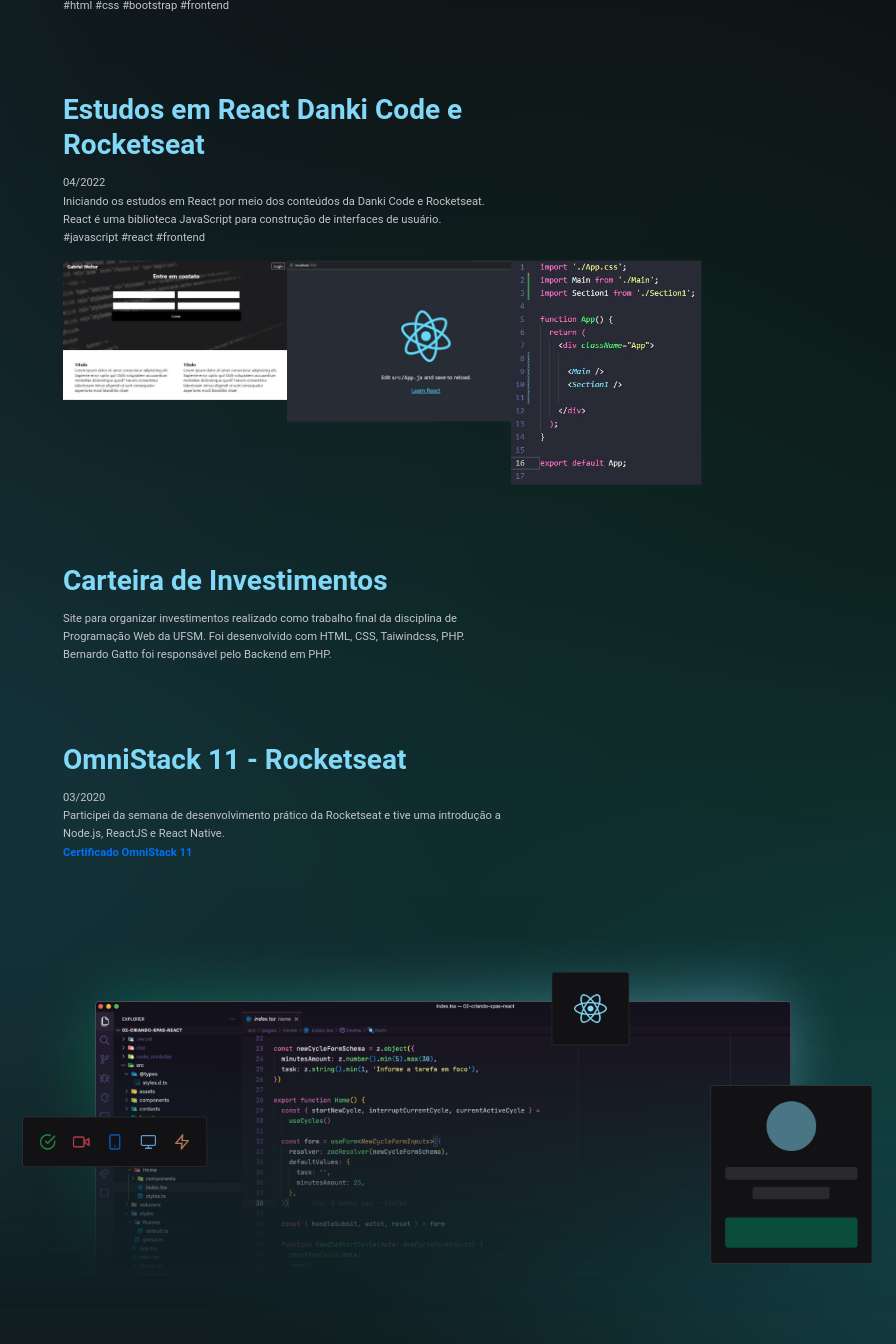
Repository: weltergab/test-next
Page: /
These files come from the project's save history. The page is drawn as it stood at one moment and after the next save; the edit follows.
The browser window is 1280 px wide. The pictures show the part of the page from y = 1016 to 2936 px (the page is 2936 px tall), at 70% of full size.
The project was rebuilt for these pictures with package versions that can differ from the ones it lists, and the page was loaded fresh each time. The framework's server and built-in components were replaced by stand-ins that run in the browser. Also part of the build but not shown: next.config.js.

Above is the page before, as saved 2023-04-06 20:13:42.

### src/pages/index.tsx
import Head from 'next/head'
import Image from 'next/image'
import { Inter } from 'next/font/google'

import Link from 'next/link'

import { useEffect, useState } from 'react'
import reactLogo from './assets/react.svg'

import curriculo from './assets/curriculo.jpg';
import omnistack from '../../public/assets/blur-background.png';
// import estudosReact_1 from '../../public/assets/blur-background.png';
// import estudosReact_2 from '../../public/assets/estudosReact_2.jpg';
// import estudosReact_3 from '../../public/assets/estudosReact_3.jpg';
// import mockup from '../../public/assets/code-mockup.png';

import ImageComponent from '../components/ImageComponent';


const inter = Inter({ subsets: ['latin'] })

export default function Home() {

  const [count, setCount] = useState(0)

  const [showImage, setShowImage] = useState(false);

  const handleShowImage = () => {
    setShowImage(true);
  };

  const handleCloseImage = () => {
    setShowImage(false);
  };

  return (
    <>
      <Head>
        <title>Create Next App</title>
        <meta name="description" content="Generated by create next app" />
        <meta name="viewport" content="width=device-width, initial-scale=1" />
        <link rel="icon" href="/favicon.ico" />
      </Head>
      <main>
        <div className=''>
          <Link href="/sobre">Ir para pagina Sobre</Link>
        </div>
      </main>

      <div>
        <div className="min-h-screen bg-blur bg-cover bg-no-repeat flex flex-col items-center bg-center">

          {/* Titulos */}
          <div className="max-w-[1100px] w-full flex items-center justify-between mt-20 mx-auto">
            <div className='header'>
              <div className="max-w-[640px]">

                <h1 className="mt-8 text-[2.5rem] leading-tight">
                  Landing Page - Gabriel Welter
                </h1>
                <p className="mt-4 text-gray-200 leading-relaxed">
                  Destaca-se no conhecimento em HTML, CSS, Tailwind, GitHub, Unity, C#.
                </p>
                <p className="mt-4 text-gray-200 leading-relaxed">
                  Este site foi desenvolvido com HTML, CSS, Tailwind, React, TS, Next e a hospedagem foi feita utilizando o serviço da Vercel.
                </p>
                <h1 className="mt-8 text-[2.5rem] leading-tight italic">
                  <strong className="text-blue-500">Em construção...</strong>
                </h1>
                <p className="mt-4 text-gray-200 leading-relaxed">
                  Os links para todos os sites e projetos no git ainda serão adicionados.
                </p>
              </div>
            </div>
          </div>


          {/* Publicacoes */}
          <div className="publication max-w-[1100px] w-full flex flex-col justify-between mt-20 mx-auto"> {/* items-center  */}
            <div className="max-w-[640px] postagem">
              <h1 className="mt-8 text-[2.5rem] leading-tight">
                <strong className="text-blue-500">Site Rocketseat</strong>
              </h1>
              <p className="mt-4 text-gray-200 leading-relaxed">
                06/2022 <br />
                Essa semana estou participando do evento Ignite Lab da Rocketseat.
                O evento tem como objetivo o desenvolvimento de uma aplicação com foco em React. <br />
                O que mais gostei de aprender no evento até aqui foi conhecer e usar várias ferramentas: Vite, Tailwind, Graphcms, Apollo. <br />
                #reactjs #rocketseat
              </p>
            </div>
          </div>

          <div className="publication max-w-[1100px] w-full flex flex-col justify-between mt-20 mx-auto">
            <div className="max-w-[640px] postagem">
              <h1 className="mt-8 text-[2.5rem] leading-tight">
                <strong className="text-blue-500">Site InverseVR</strong>
              </h1>
              <p className="mt-4 text-gray-200 leading-relaxed">
                05/2022 <br />
                Desenvolvimento do site da InverseVR LTDA usando HTML e CSS. <br />
                <a href="https://inversevr.com.br/" target="_blank">💻 https://inversevr.com.br/</a><br />
                #html #css #bootstrap #frontend
              </p>
            </div>
          </div>

          <div className="publication max-w-[1100px] w-full flex flex-col justify-between mt-20 mx-auto">
            <div className="max-w-[640px] postagem">
              <h1 className="mt-8 text-[2.5rem] leading-tight">
                <strong className="text-blue-500">Estudos em React Danki Code e Rocketseat</strong>
              </h1>
              <p className="mt-4 text-gray-200 leading-relaxed">
                04/2022 <br />
                Iniciando os estudos em React por meio dos conteúdos da Danki Code e Rocketseat.
                React é uma biblioteca JavaScript para construção de interfaces de usuário. <br />
                #javascript #react #frontend
              </p>
              <div className='flex justify-between mt-5'>
                <ImageComponent imageSrc="/assets/estudosReact_1.png" />
                <ImageComponent imageSrc="/assets/estudosReact_2.jpg" />
                <ImageComponent imageSrc="/assets/estudosReact_3.jpg" />
              </div>

            </div>
          </div>

          <div className="publication max-w-[1100px] w-full flex flex-col justify-between mt-20 mx-auto">
            <div className="max-w-[640px] postagem">
              <h1 className="mt-8 text-[2.5rem] leading-tight">
                <strong className="text-blue-500">Carteira de Investimentos</strong>
              </h1>
              <p className="mt-4 text-gray-200 leading-relaxed">
                Site para organizar investimentos realizado como trabalho final da disciplina de Programação Web da UFSM.
                Foi desenvolvido com HTML, CSS, Taiwindcss, PHP.
                Bernardo Gatto foi responsável pelo Backend em PHP.
              </p>
            </div>
          </div>
          <div className="publication max-w-[1100px] w-full flex flex-col justify-between mt-20 mx-auto">
            <div className="max-w-[640px] postagem">
              <h1 className="mt-8 text-[2.5rem] leading-tight">
                <strong className="text-blue-500">OmniStack 11 - Rocketseat</strong>
              </h1>
              <p className="mt-4 text-gray-200 leading-relaxed">
                03/2020 <br />
                Participei da semana de desenvolvimento prático da Rocketseat e tive uma introdução a Node.js, ReactJS e React Native. <br />
                <a href='/assets/certificado_omnistack.pdf' target="_blank">Certificado OmniStack 11</a>
              </p>
            </div>
          </div>

          <div className='footer'>
            <img src='/assets/code-mockup.png' className="mt-10 headline" alt="" />
          </div>
        </div>
      </div>
    </>
  )
}

### src/styles/globals.css
@tailwind base;
@tailwind components;
@tailwind utilities;

body {
    @apply bg-gray-900 text-gray-100;
    -webkit-font-smoothing: antialiased;
  }

  a {
    color: #0070f3;
    text-decoration: none;
    font-weight: bold;
  }

  a:hover {
    font-style: italic;
  }

  /* Esconder a imagem grande */
  .imagem-grande {
    display: none;
  }

  /* Estilizar o link */
  .link-imagem:hover {
    cursor: zoom-in;
  }

  /* Mudar a aparência do link quando o usuário passar o mouse sobre a imagem pequena */
  .imagem-pequena:hover {
    opacity: 0.7;
  }

### src/components/ImageComponent/index.tsx
import React, { useState } from 'react';

type Props = {
  imageSrc: string;
};

const ImageComponent: React.FC<Props> = ({ imageSrc }) => {
  const [isImageClicked, setIsImageClicked] = useState(false);
  const [isExpanded, setIsExpanded] = useState(false);

  const handleImageClick = () => {
    setIsImageClicked(!isImageClicked);
    setIsExpanded(true);
  };

  const handleExpandedImageClick = () => {
    setIsExpanded(false);
  };

  return (
    <div className="relative max-w-full max-h-full mx-auto">
      <div className="relative max-w-full max-h-full mx-auto">
        <img
          src={imageSrc}
          alt="imagem"
          onClick={handleImageClick}
          className="max-w-80 max-h-80"
        />
      </div>
      {isExpanded && (
        <div
          className="fixed top-0 left-0 w-full h-full z-50 flex items-center justify-center"
          onClick={handleExpandedImageClick}
        >
          <img
            src={imageSrc}
            alt="imagem ampliada"
            className="max-w-4xl max-h-4xl object-contain"
          />
        </div>
      )}
    </div>
  );
};

export default ImageComponent;

### tailwind.config.js
/** @type {import('tailwindcss').Config} */
module.exports = {
  content: [
    "./app/**/*.{js,ts,jsx,tsx}",
    "./pages/**/*.{js,ts,jsx,tsx}",
    "./components/**/*.{js,ts,jsx,tsx}",

    // Or if using `src` directory:
    "./src/**/*.{js,ts,jsx,tsx}",
  ],
  theme: {
    extend: {
      backgroundImage: {
        blur: 'url(/assets/blur-background.png)'
      },
      fontFamily: {
        sans: 'Roboto, sans-serif',
      },
      colors: {
        black: {
          100: '#11172B',
        },
        green: {
          300: '#00B37E',
          500: '#00875F',
          700: '#015F43',
        },
        blue: {
          500: '#81D8F7',
        },
        orange: {
          500: '#FBA94C',
        },
        red: {
          500: '#F75A68',
        },
        gray: {
          100: '#E1E1E6',
          200: '#C4C4CC',
          300: '#8D8D99',
          500: '#323238',
          600: '#29292E',
          700: '#121214',
          900: '#09090A'
        }
      },
    },
  },
  plugins: [],
}

Loaded but not shown: src/pages/_app.js (common file); src/pages/_document.js (common file)

After the next save:
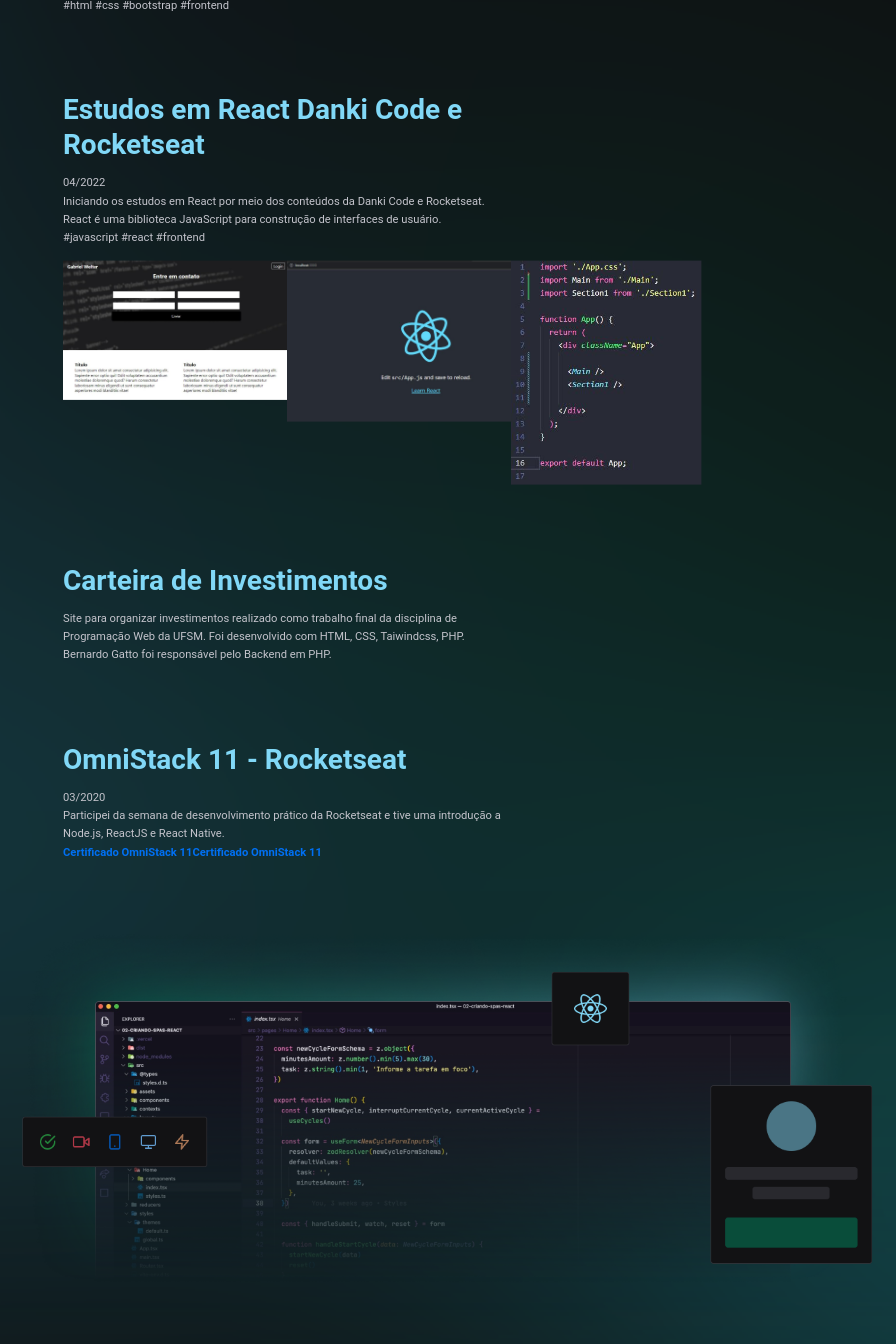
Saved 64 s later.
--- a/src/pages/index.tsx
+++ b/src/pages/index.tsx
@@ -7,8 +7,8 @@
 import { useEffect, useState } from 'react'
 import reactLogo from './assets/react.svg'
 
-import curriculo from './assets/curriculo.jpg';
-import omnistack from '../../public/assets/blur-background.png';
+// import curriculo from './assets/curriculo.pdf';
+// import omnistack from '../../public/assets/blur-background.png';
 // import estudosReact_1 from '../../public/assets/blur-background.png';
 // import estudosReact_2 from '../../public/assets/estudosReact_2.jpg';
 // import estudosReact_3 from '../../public/assets/estudosReact_3.jpg';
@@ -146,6 +146,7 @@
                 03/2020 <br />
                 Participei da semana de desenvolvimento prático da Rocketseat e tive uma introdução a Node.js, ReactJS e React Native. <br />
                 <a href='/assets/certificado_omnistack.pdf' target="_blank">Certificado OmniStack 11</a>
+                <a href='/assets/curriculo.pdf' target="_blank">Certificado OmniStack 11</a>
               </p>
             </div>
           </div>

After the save that followed:
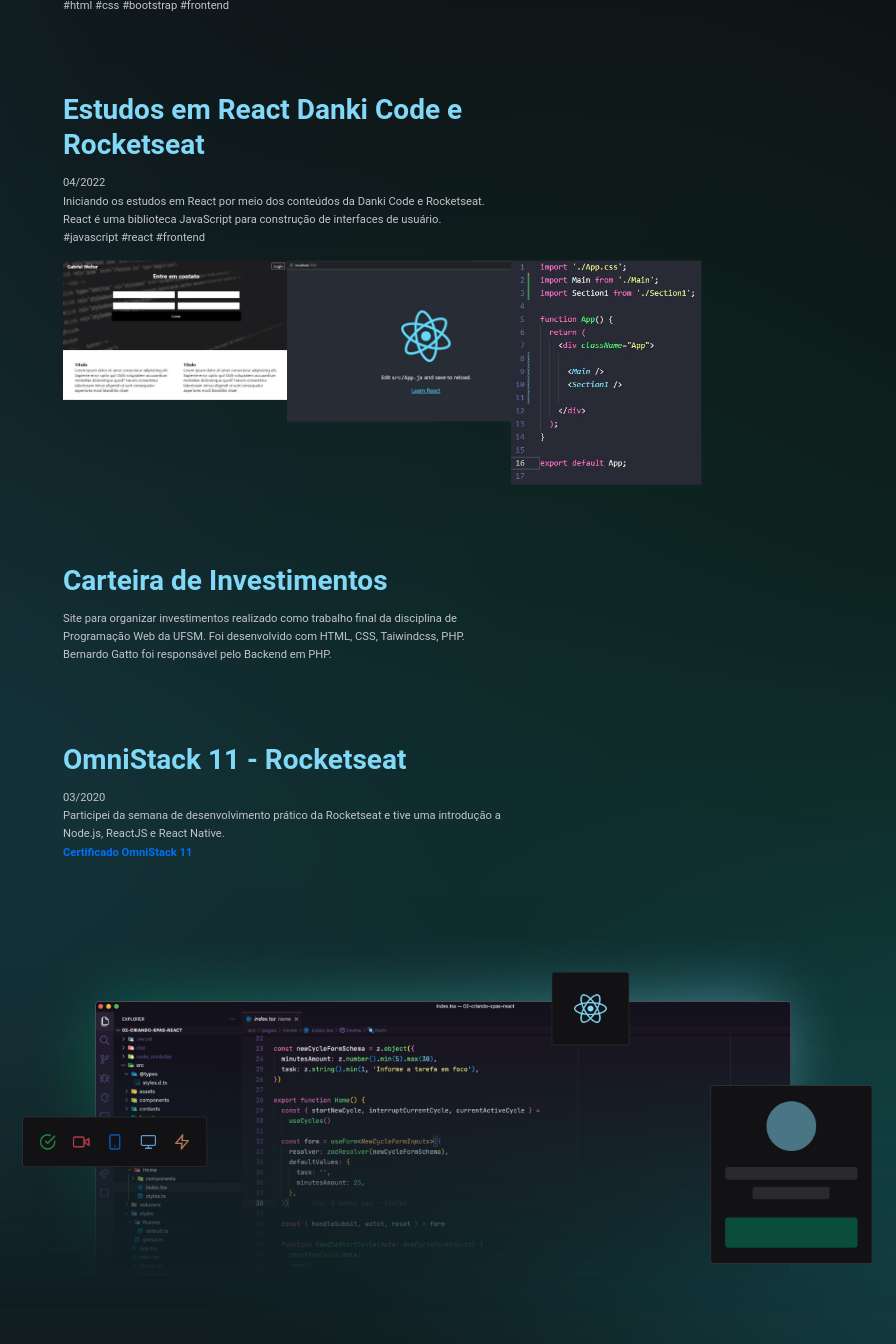
Saved 5 s later.
--- a/src/pages/index.tsx
+++ b/src/pages/index.tsx
@@ -146,7 +146,6 @@
                 03/2020 <br />
                 Participei da semana de desenvolvimento prático da Rocketseat e tive uma introdução a Node.js, ReactJS e React Native. <br />
                 <a href='/assets/certificado_omnistack.pdf' target="_blank">Certificado OmniStack 11</a>
-                <a href='/assets/curriculo.pdf' target="_blank">Certificado OmniStack 11</a>
               </p>
             </div>
           </div>
